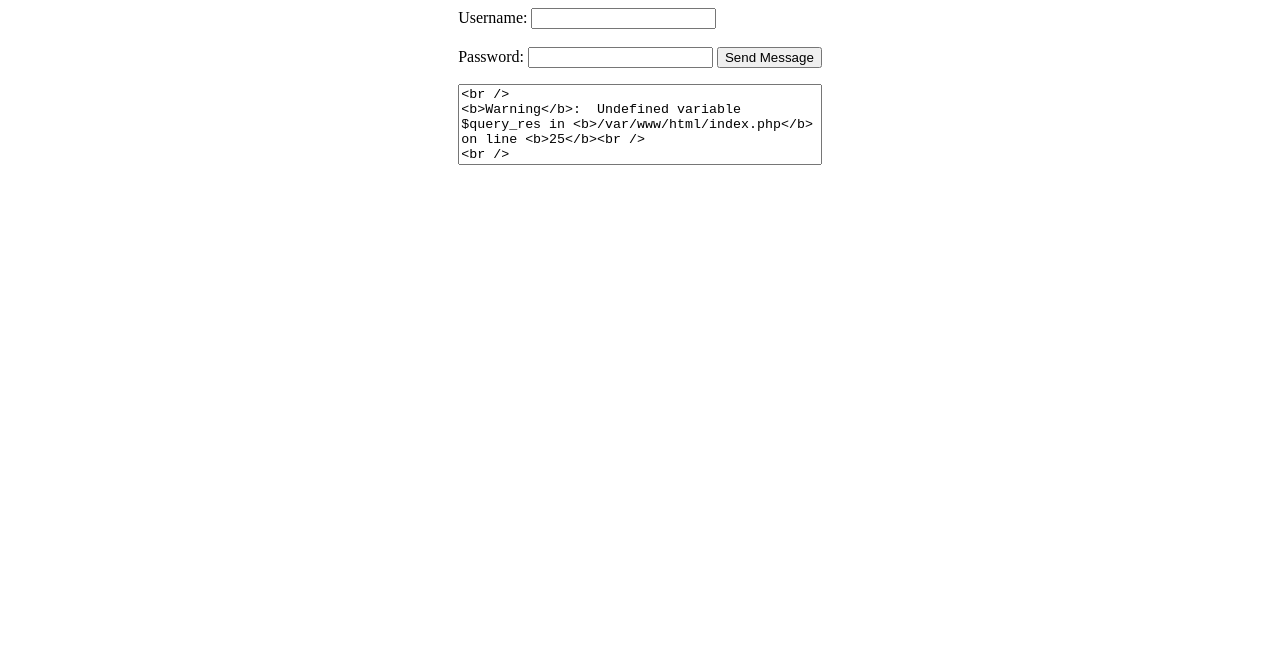
Repository: hosua/it-202
Page: http://localhost/
These files come from the project's save history. The page is drawn as it stood at one moment and after the next save; the edit follows.
The browser window is 1280 px wide. The pictures show the whole page.
The page is run by PHP 8.4 with error messages shown; the project is at /var/www/html/. Queries for data that is not in the repository find no rows.

Above is the page before, as saved 2022-12-02 05:24:27.

### assign5/index.php
<html>
    <div class="container">
<?php
include 'info.php';

ini_set("display_errors", 1); // debugging
ini_set("display_startup_errors", 1); // debugging

if (mysqli_connect_errno()){ echo "Failed to connect to MySQL: " . mysqli_connect_error(); exit(); }
?>

<form method=post action="index.php">
    <label for=user>Username: </label>
    <input type=text id=user name=user>
    <br> <br>
    <label for=pass>Password: </label>
    <input type=password id=pass name=pass>
    <input type="submit" value="Send Message">
</form>
<textarea readonly id=active-users name=active-users cols=20 rows=5>
<?php
// list users
$sql = "SELECT * FROM Users;";
$conn->query($sql);
while ($row = $query_res->fetch_assoc()) {
    echo $row['username'] . " ";
}
?>
</textarea>
<br> <br>
<textarea id=messenger name=messenger cols=40 rows=10>
</textarea>
<br> <br>
<span class=warning id=warning>
<?php
 // error message here
?>
</span>
</div> <!-- messenger-container -->
<br> <br>
<div class=container>
    <label for=listener-name>
    <input type=text id=listener-name name=listener-name>
    <button type=button id=listener-button>Listen</button>
    <br> <br>
    <textarea id=listener name=listener cols=40 rows=10>
    </textarea>
</div> <!-- listener-container -->

<link rel="stylesheet" href="styles.css">

</html>

### assign5/info.php
<?php
	session_start();
	$dbserver= "localhost";
	$dbuser= "hoswoo";
	$dbpass = "m1z0m1z0";
	$dbname = "it202";

	$active_page = basename($_SERVER["PHP_SELF"], ".php");

	// This is how to make a .php page unvisitable.
	// User should never be able to visit this page since it only holds information and functions.
	if ( $_SERVER['REQUEST_METHOD']=='GET' && realpath(__FILE__) == realpath( $_SERVER['SCRIPT_FILENAME'] ) ) {
		header("location: index.php");
	}

	$conn = mysqli_connect($dbserver,$dbuser,$dbpass,$dbname);
	if (mysqli_connect_errno()){ echo "Failed to connect to MySQL: " . mysqli_connect_error(); exit(); }
?>

<link rel="stylesheet" href="styles.css">

### assign5/styles.css
.warning {
    border: 2px solid black;
    background-color: red;
    position: relative;
    width: 100%;
}

.container {
    display: grid;
    justify-content: center;
    align-items: center;
}

#active-users {
    resize: none;
}

#messenger {
    resize: none;
}

#listener {
    position: relative;
    width: 100%;
    resize: none;
}

After the next save:
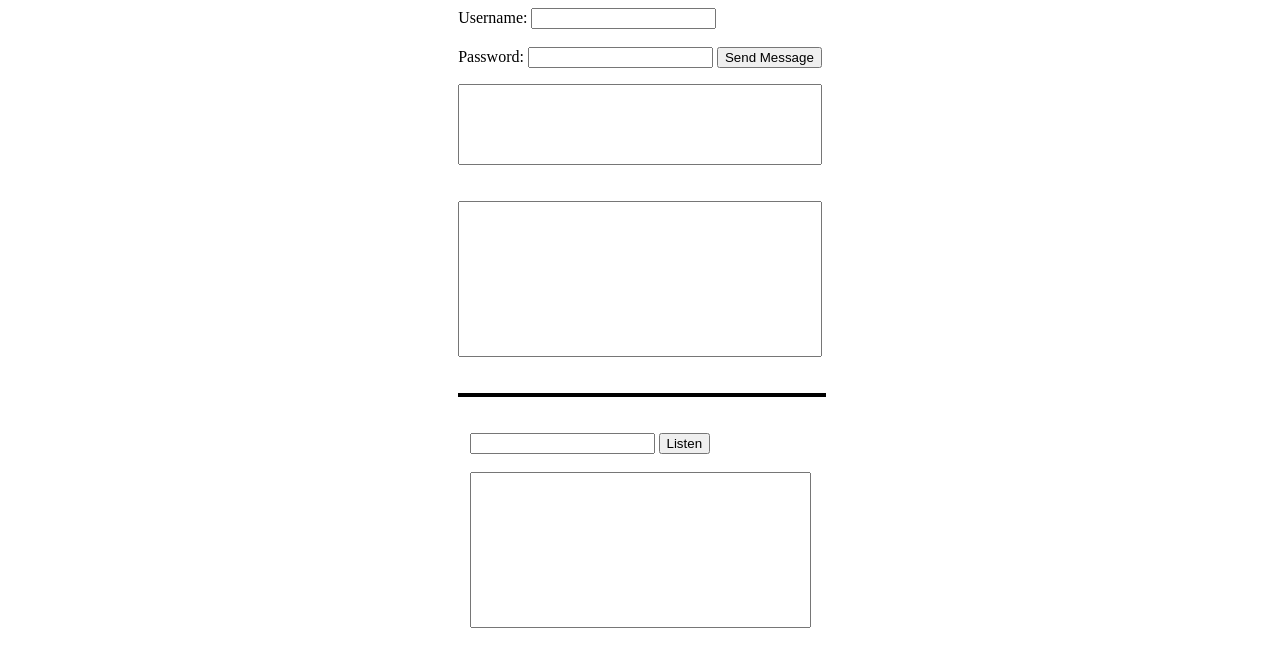
Saved 18 s later.
--- a/assign5/index.php
+++ b/assign5/index.php
@@ -21,7 +21,7 @@ if (mysqli_connect_errno()){ echo "Failed to connect to MySQL: " . mysqli_connec
 <?php
 // list users
 $sql = "SELECT * FROM Users;";
-$conn->query($sql);
+$query_res =$conn->query($sql);
 while ($row = $query_res->fetch_assoc()) {
     echo $row['username'] . " ";
 }
